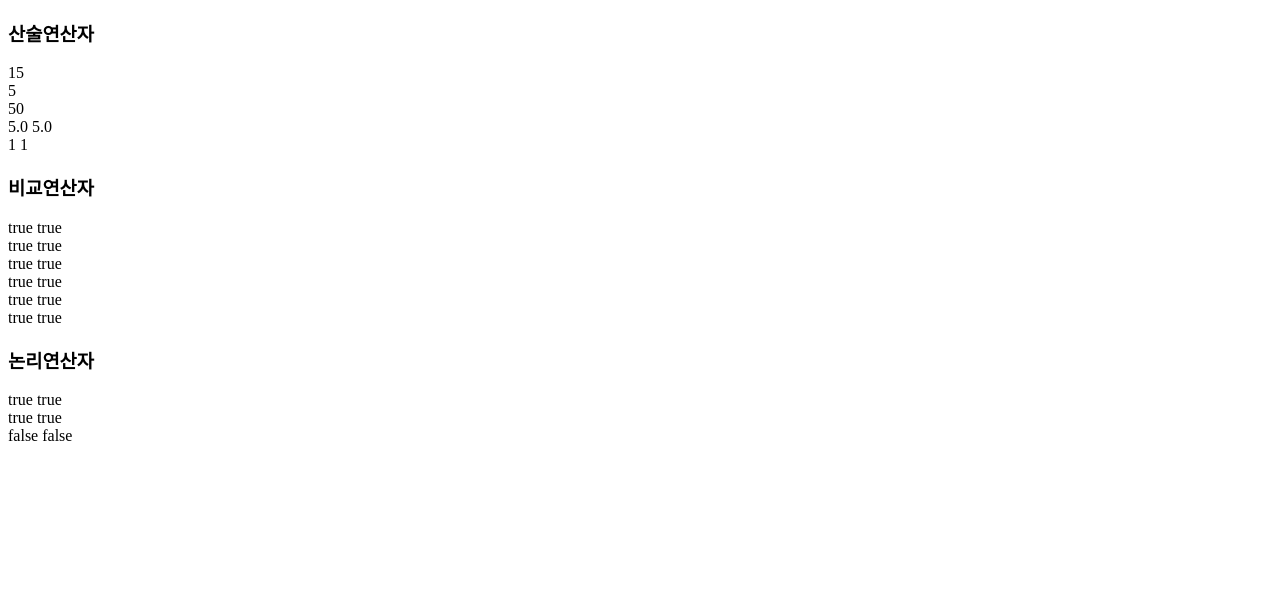
Repository: Jipumpkin/WebServer
Page: http://localhost/JSTL/ex03el3.jsp
These files come from the project's save history. The page is drawn as it stood at one moment and after the next save; the edit follows.
The browser window is 1280 px wide. The pictures show the whole page.
The page is served by Tomcat 9.

Above is the page before, as saved 2024-08-16 06:26:41.

After the next save:
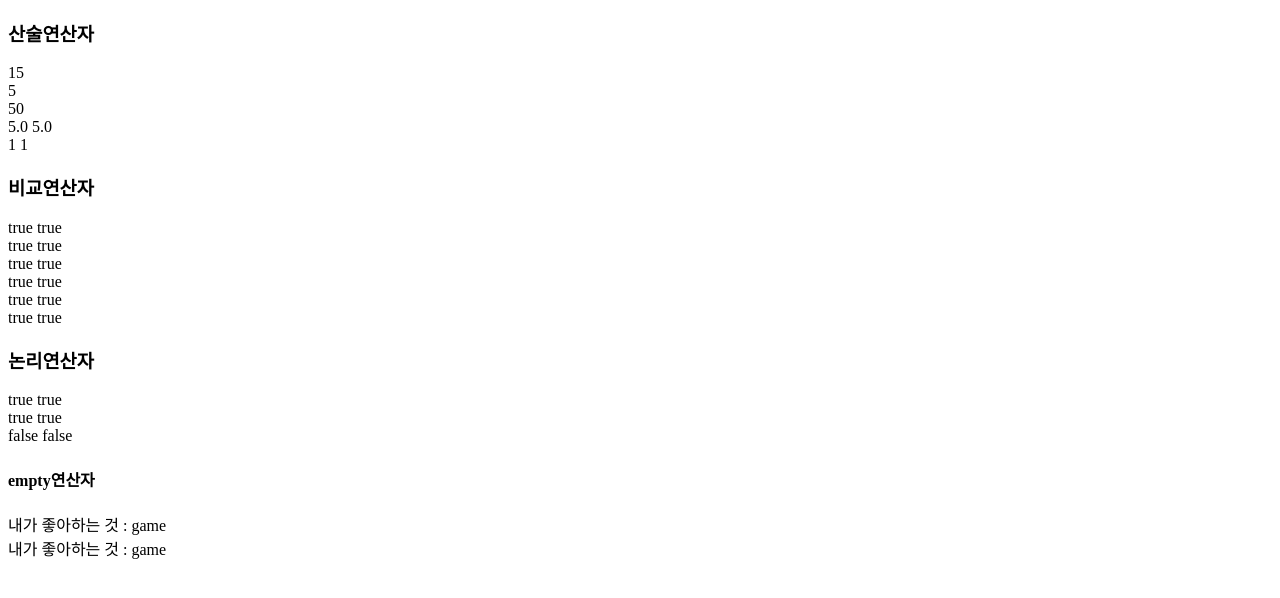
Saved 3 min 24 s later.
--- a/JSTL/src/main/webapp/ex03el3.jsp
+++ b/JSTL/src/main/webapp/ex03el3.jsp
@@ -30,7 +30,18 @@
 	<h3>논리연산자</h3>
 	${num > 5 && num > 3} ${num > 5 and num > 3} <br>
 	${num > 5 || num > 3} ${num > 5 or num > 3} <br>
-	${!true} ${not true}
+	${!true} ${not true} <br>
+
+
+	<h4>empty연산자</h4>
+
+	<%
+		session.setAttribute("love", "game");
+	%>
+
+	내가 좋아하는 것 : <%= session.getAttribute("love")%> <br>
+
+	내가 좋아하는 것 : ${love}
 
 
 </body>
